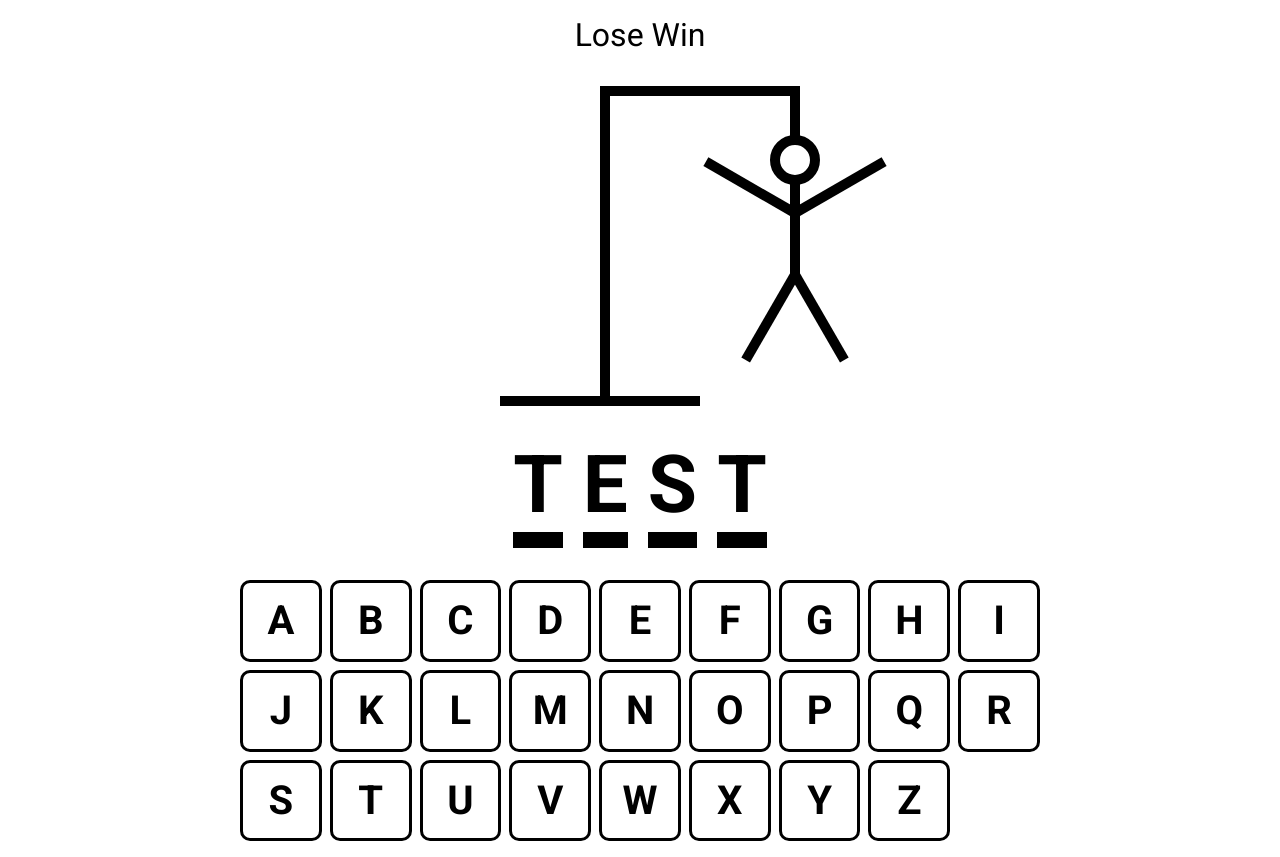
Repository: guilhermecardoso93/jogodaforca
Page: /
The author's editor kept a copy of each file at every save. The page is drawn from the files as they stood at one save, then again after the next save.
The browser window is 1280 px wide. The pictures show the whole page.
The project was rebuilt for these pictures with package versions that can differ from the ones it lists, and the page was loaded fresh each time. Also part of the build but not shown: vite.config.ts.

Above is the page before, as saved 2022-12-06 21:32:10.

### index.html
<!DOCTYPE html>
<html lang="en">
  <head>
    <meta charset="UTF-8" />
    <link rel="icon" type="image/svg+xml" href="/vite.svg" />
    <meta name="viewport" content="width=device-width, initial-scale=1.0" />
    <link rel="preconnect" href="https://fonts.googleapis.com"><link
      rel="preconnect" href="https://fonts.gstatic.com" crossorigin><link
      href="https://fonts.googleapis.com/css2?family=Roboto:ital,wght@0,400;0,500;0,700;1,400&display=swap"
      rel="stylesheet">
    <title>Vite + React + TS</title>
  </head>
  <body>
    <div id="root"></div>
    <script type="module" src="/src/main.tsx"></script>
  </body>
</html>

### src/App.tsx
import { useState } from "react";
import words from "./wordList.json";

import { HangmanDrawing } from "./components/HangmanDrawing";
import { HangmanWord } from "./components/HangmanWord";
import { Keyboard } from "./components/Keyboard";

import "./App.css";

export function App() {
  const randomWords = () => {
    return words[Math.floor(Math.random() * words.length)];
  };

  const [wordToGuess, setWordToGuess] = useState(randomWords);
  const [guessedLetters, setGuessedLetters] = useState<string[]>([]);

  console.log(wordToGuess);
  return (
    <div className="container">
      <div className="loseOrWin">Lose Win</div>
      <HangmanDrawing />
      <HangmanWord />
      <div style={{ alignSelf: "stretch" }}>
        <Keyboard />
      </div>
    </div>
  );
}

### src/wordList.json
[
  "capaz",
  "sobre",
  "absoluto",
  "aceitar",
  "conta",
  "alcançar",
  "através",
  "ativo",
  "real",
  "Admitem",
  "anunciar",
  "afetar",
  "proporcionar",
  "depois",
  "tarde",
  "novamente",
  "contra",
  "agente",
  "aceita",
  "permitir",
  "quase",
  "já",
  "tudo bem",
  "também",
  "Apesar",
  "sempre",
  "América",
  "quantia",
  "outro",
  "responda",
  "separado",
  "aparente",
  "aparecer",
  "Aplique",
  "nomear",
  "abordagem",
  "apropriado",
  "área",
  "argumentar",
  "arranjo",
  "associado",
  "presumir",
  "participar",
  "autoridade",
  "acessível",
  "consciente",
  "horrível",
  "bebê",
  "Saldo",
  "bola",
  "banco",
  "base",
  "base",
  "urso",
  "bater",
  "beleza",
  "Porque",
  "antes da",
  "começar",
  "acreditam",
  "beneficiar",
  "melhor",
  "entre",
  "conta",
  "nascimento",
  "Preto",
  "cara",
  "sangue",
  "golpe",
  "limite",
  "linha",
  "Lista",
  "ouço",
  "pequena",
  "viver",
  "carregar",
  "local",
  "trancar",
  "Londres",
  "grandes",
  "olhar",
  "senhor",
  "perder",
  "amor",
  "sorte",
  "almoço",
  "máquina",
  "faço",
  "gerir",
  "muitos",
  "marca",
  "mercado",
  "casar",
  "Combine",
  "matéria",
  "significa",
  "significado",
  "a medida",
  "encontrar",
  "membro",
  "menção",
  "meio",
  "poderia",
  "milha",
  "ouvir",
  "coração",
  "aquecer",
  "pesado",
  "inferno",
  "ajuda",
  "aqui",
  "Alto",
  "história",
  "aguarde",
  "feriado",
  "casa",
  "honesto",
  "esperança",
  "cavalo",
  "hospital",
  "hora",
  "lar",
  "Contudo",
  "olá",
  "centenas",
  "esposo",
  "idéia",
  "identificar",
  "Imagine",
  "importante",
  "melhorar",
  "incluir",
  "renda",
  "aumentar",
  "na verdade",
  "Individual",
  "indústria",
  "informar",
  "garantir",
  "interesse",
  "em",
  "introduzir",
  "investir",
  "envolver",
  "questão",
  "item",
  "Jesus",
  "Junte",
  "juiz",
  "pular",
  "apenas",
  "guarda",
  "matar",
  "Gentil",
  "rei",
  "cozinha",
  "bater",
  "conhecer",
  "trabalho",
  "senhora",
  "terra",
  "Língua",
  "ampla",
  "último",
  "tarde",
  "riso",
  "conduzir",
  "aprender",
  "sair",
  "deixei",
  "menos",
  "carta",
  "nível",
  "vida",
  "leve",
  "Curti",
  "provável",
  "cinco",
  "apartamento",
  "piso",
  "Segue",
  "Comida",
  "pé",
  "força",
  "esquecer",
  "Formato",
  "fortuna",
  "frente",
  "quatro",
  "França",
  "gratuitamente",
  "amigo",
  "a partir de",
  "frente",
  "cheio",
  "função",
  "fundo",
  "futuro",
  "jogos",
  "jardim",
  "em geral",
  "Alemanha",
  "menina",
  "dar",
  "vidro",
  "Boa",
  "adeus",
  "governo",
  "grande",
  "conceder",
  "excelente",
  "verde",
  "chão",
  "grupo",
  "crescer",
  "acho",
  "cabelo",
  "metade",
  "corredor",
  "mão",
  "pendurar",
  "acontecer",
  "feliz",
  "duro",
  "odiar",
  "tenho",
  "cabeça",
  "saúde"
]

### src/components/HangmanDrawing.tsx
const HEAD = (
  <div
    style={{
      width: "50px",
      height: "50px",
      borderRadius: "100%",
      border: "10px solid black",
      position: "absolute",
      top: "49px",
      right: "-20px",
    }}
  />
);

const BODY = (
  <div
    style={{
      width: "10px",
      height: "100px",
      background: "black",
      position: "absolute",
      top: "90px",
      right: 0,
    }}
  />
);

const RIGHT_ARM = (
  <div
    style={{
      width: "100px",
      height: "10px",
      background: "black",
      position: "absolute",
      top: "120px",
      right: "-100px",
      rotate: "-30deg",
      transformOrigin: "left bottom",
    }}
  />
);

const LEFT_ARM = (
  <div
    style={{
      width: "100px",
      height: "10px",
      background: "black",
      position: "absolute",
      top: "120px",
      right: "10px",
      rotate: "30deg",
      transformOrigin: "right bottom",
    }}
  />
);

const RIGHT_LEG = (
  <div
    style={{
      width: "100px",
      height: "10px",
      background: "black",
      position: "absolute",
      top: "180px",
      right: "-90px",
      rotate: "60deg",
      transformOrigin: "left bottom",
    }}
  />
);

const LEFT_LEG = (
  <div
    style={{
      width: "100px",
      height: "10px",
      background: "black",
      position: "absolute",
      top: "180px",
      right: 0,
      rotate: "-60deg",
      transformOrigin: "right bottom",
    }}
  />
);

const BODY_PARTS = [HEAD, BODY, RIGHT_ARM, LEFT_ARM, RIGHT_LEG, LEFT_LEG];

type HangmanDrawingProps = {
  numberOfGuesses: number
}

export function HangmanDrawing() {
  return (
    <div style={{ position: "relative" }}>
      {BODY_PARTS}
      <div
        style={{
          height: "50px",
          width: "10px",
          background: "black",
          position: "absolute",
          top: 0,
          right: 0,
        }}
      />
      <div
        style={{
          height: "10px",
          width: "200px",
          background: "black",
          marginLeft: "120px",
        }}
      />
      <div
        style={{
          height: "300px",
          width: "10px",
          background: "black",
          marginLeft: "120px",
        }}
      />
      <div style={{ height: "10px", width: "200px", marginLeft: '20px', background: "black" }} />
    </div>
  );
}

### src/components/HangmanWord.tsx
import "../App.css";

export function HangmanWord() {
  const word = "test";
  const guessedLetters = ["t", "e", "s"];

  return (
    <div className="HangmanWordContainer">
      {word.split("").map((letter, index) => (
        <span key={index}>
          <span
            style={{
              visibility: guessedLetters.includes(letter)
                ? "visible"
                : "hidden",
            }}
          >
            {letter}
          </span>
        </span>
      ))}
    </div>
  );
}

### src/components/Keyboard.tsx
import styles from "./Keyboard.module.css";
const KEYS = [
  "a",
  "b",
  "c",
  "d",
  "e",
  "f",
  "g",
  "h",
  "i",
  "j",
  "k",
  "l",
  "m",
  "n",
  "o",
  "p",
  "q",
  "r",
  "s",
  "t",
  "u",
  "v",
  "w",
  "x",
  "y",
  "z",
];

export function Keyboard() {
  return (
    <div className={styles.KeyboardContainer}>
      {KEYS.map((key) => {
        return (
          <button key={key} className={styles.btn}>
            {key}
          </button>
        );
      })}
    </div>
  );
}

### src/App.css
* {
  margin: 0;
  passing: 0;
  box-sizing: border-box;
  font-family: "Roboto", sans-serif;
}

body {
  margin: 1rem;
}

.container {
  max-width: 800px;
  display: flex;
  flex-direction: column;
  gap: 2rem;
  margin: 0 auto;
  align-items: center;
  justify-content: center;
}

.loseOrWin {
  font-size: 2rem;
  text-align: center;
}

.HangmanWordContainer {
  display: flex;
  gap: 0.25em;
  font-size: 5rem;
  font-weight: bold;
  text-transform: uppercase;
}

.HangmanWordContainer > span {
  border-bottom: 1rem solid black;
}

.HangmanWordContainer .invisibleLetter {
  visibility: hidden;
}

### src/components/Keyboard.module.css
.KeyboardContainer {
  display: grid;
  grid-template-columns: repeat(auto-fit, minmax(75px, 1fr));
  gap: 0.5rem;
}

.btn {
  width: 100%;
  border: 3px solid black;
  background: none;
  aspect-ratio: 1 / 1;
  font-size: 2.5rem;
  text-transform: uppercase;
  padding: .5rem;
  font-weight: bold;
  cursor: pointer;
  color: black;
  border-radius: 10px;
}

.btn.active {
  background-color: hsl(200, 100%, 50%);
  color: white;
}

.btn.inactive {
  opacity: .3;
}

.btn:hover:not(:disabled),
.btn:focus:not(:disabled) {
  background-color: hsl(200, 100%, 75%);
}

Loaded but not shown: src/main.tsx (common file)

After the next save:
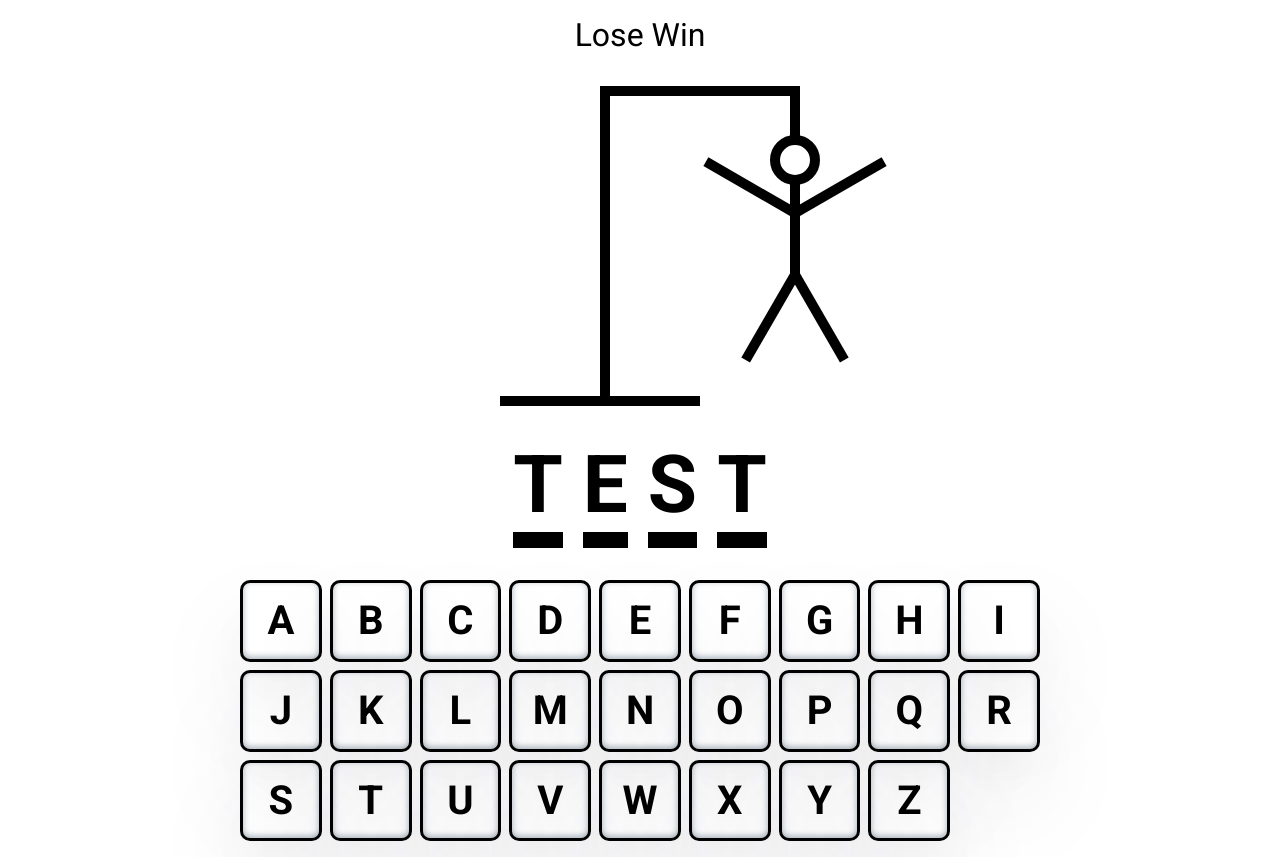
Saved 53 s later.
--- a/src/components/Keyboard.module.css
+++ b/src/components/Keyboard.module.css
@@ -16,6 +16,7 @@
   cursor: pointer;
   color: black;
   border-radius: 10px;
+  box-shadow: rgba(50, 50, 93, 0.25) 0px 50px 100px -20px, rgba(0, 0, 0, 0.3) 0px 30px 60px -30px, rgba(10, 37, 64, 0.35) 0px -2px 6px 0px inset;
 }
 
 .btn.active {
